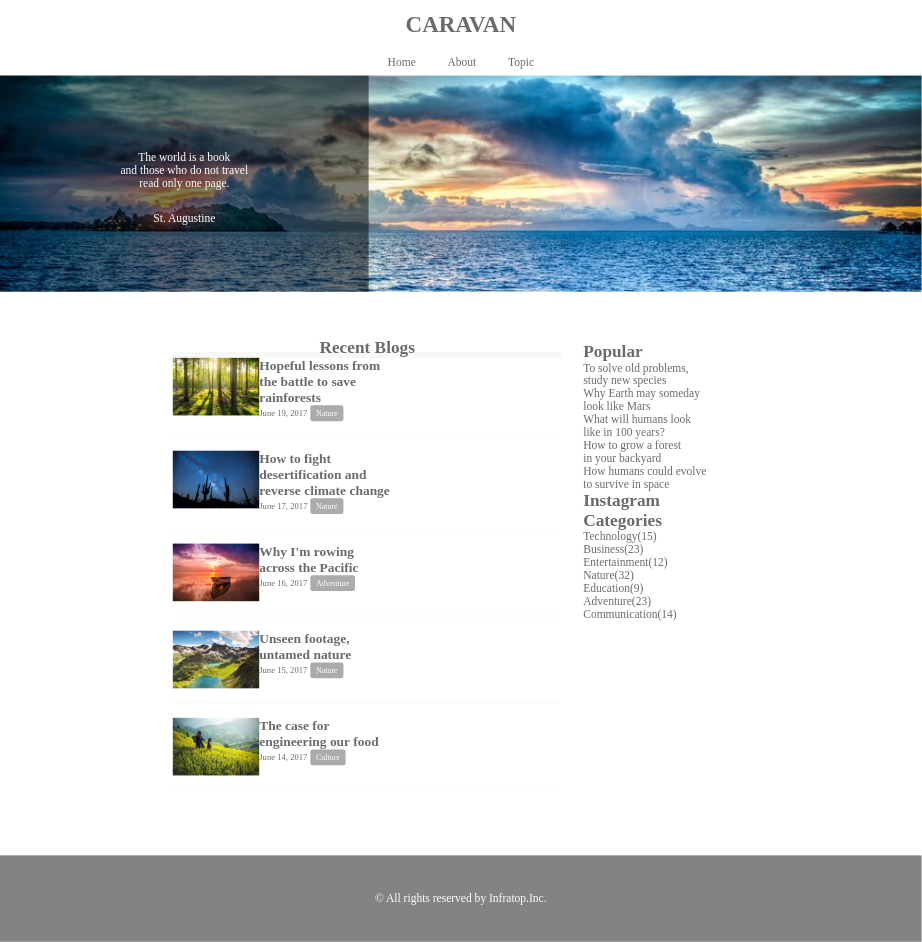
Repository: 825814/caravan2
Page: caravan2/index.html
The author's editor kept a record of every edit. The page is drawn from the files as they stood at one moment, then again after the next edit.
The browser window is 1280 px wide. The pictures show the whole page, at 72% of full size.

Above is the page before.

### caravan2/index.html
<!DOCTYPE html>
<html lang="ja">
  <head>
    <meta charset="UTF-8" />
    <!-- CSSファイルの読み込み -->
    <link rel="stylesheet" href="style.css" />
    <title>CARAVAN</title>
  </head>

  <body>
    <!-- header -->
    <header>
      <h1 class="heading">
        <a href="index.html">
          CARAVAN
        </a>
      </h1>
    </header>

    <!-- navigation -->
    <nav>
      <ul class="nav-list">
        <li class="nav-list-item">
          <a href="index.html">Home</a>
        </li>
        <li class="nav-list-item">About</li>
        <li class="nav-list-item">Topic</li>
      </ul>
    </nav>

    <!-- main-visual用のdiv -->
    <div class="main-visual">
      <div class="main-visual-content">
        <p class="main-visual-text">
          The world is a book<br />
          and those who do not travel<br />
          read only one page.
        </p>
        <p class="main-visual-name">
          St. Augustine
        </p>
      </div>
    </div>

    <!-- main用のdiv -->
    <main>
      <section class="blog">
        <h2 class="blog-heading">Recent Blogs</h2>
        <div class="blog-box">
          <div class="blog-item">
            <img class="blog-image" src="img/forest.jpg" />
            <section class="blog-text">
              <h3 class="blog-text-heading">
                <a href="single.html">
                  Hopeful lessons from<br />
                  the battle to save<br />
                  rainforests
                </a>
              </h3>
              <p class="blog-date">June 19, 2017</p>
              <span class="category">Nature</span>
            </section>
          </div>
          <div class="blog-item">
            <img class="blog-image" src="img/desert.jpg" />
            <section class="blog-text">
              <h3 class="blog-text-heading">
                <a href="single.html">
                  How to fight<br />
                  desertification and<br />
                  reverse climate change
                </a>
              </h3>
              <p class="blog-date">June 17, 2017</p>
              <span class="category">Nature</span>
            </section>
          </div>
          <div class="blog-item">
            <img class="blog-image" src="img/sunset.jpg" />
            <section class="blog-text">
              <h3 class="blog-text-heading">
                <a href="single.html">
                  Why I'm rowing<br />
                  across the Pacific
                </a>
              </h3>
              <p class="blog-date">June 16, 2017</p>
              <span class="category">Adventure</span>
            </section>
          </div>
          <div class="blog-item">
            <img class="blog-image" src="img/italy.jpg" />
            <section class="blog-text">
              <h3 class="blog-text-heading">
                <a href="single.html">
                  Unseen footage,<br />
                  untamed nature
                </a>
              </h3>
              <p class="blog-date">June 15, 2017</p>
              <span class="category">Nature</span>
            </section>
          </div>
          <div class="blog-item">
            <img class="blog-image" src="img/asia.jpg" />
            <section class="blog-text">
              <h3 class="blog-text-heading">
                <a href="single.html">
                  The case for<br />
                  engineering our food
                </a>
              </h3>
              <p class="blog-date">June 14, 2017</p>
              <span class="category">Culture</span>
            </section>
          </div>
        </div>
      </section>

      <div class="sidebar">
        <section class="popular">
          <h2 class="popular-heading common-heading">Popular</h2>
          <div class="sidebar-contents">
            <p class="popular-text">To solve old problems,<br>study new species</p>
            <p class="popular-text">Why Earth may someday<br>look like Mars</p>
            <p class="popular-text">What will humans look<br>like in 100 years?</p>
            <p class="popular-text">How to grow a forest<br>in your backyard</p>
            <p class="popular-text">How humans could evolve<br>to survive in space</p>
          </div>
        </section>
        <section class="instagram">
          <h2 class="instagram-heading common-heading">Instagram</h2>
          <div class="sidebar-contents">
            <div class="instagram-box"></div>
            <div class="instagram-box"></div>
            <div class="instagram-box"></div>
            <div class="instagram-box"></div>
            <div class="instagram-box"></div>
            <div class="instagram-box"></div>
          </div>
        </section>
        <section class="categories">
          <h2 class="categories-heading common-heading">Categories</h2>
          <div class="sidebar-contents">
            <p class="categories-text">Technology(15)</p>
            <p class="categories-text">Business(23)</p>
            <p class="categories-text">Entertainment(12)</p>
            <p class="categories-text">Nature(32)</p>
            <p class="categories-text">Education(9)</p>
            <p class="categories-text">Adventure(23)</p>
            <p class="categories-text">Communication(14)</p>
          </div>
        </section>
      </div>
    </main>

    <!-- footer -->
    <footer>
      <p class="footer-text">© All rights reserved by Infratop.Inc.</p>
    </footer>
  </body>
</html>

### caravan2/style.css
* {
  margin: 0;
  padding: 0;
  box-sizing: border-box;
  color: #6c6b6b;
}

a {
  text-decoration: none;
}

header {
  width: 90%; /* 横幅90% */
  padding: 15px 0;
  margin: 0 auto;
  text-align: center;
}

header .heading {
  /* headerタグ内のheadingクラスにのみ反映される */
  font-size: 32px;
}

.nav-list {
  text-align: center;
  padding: 10px 0;
  margin: 0 auto;
}

.nav-list-item {
  list-style: none;
  display: inline-block;
  margin: 0 20px;
}

.main-visual {
  width: 100%; /* 横幅いっぱい */
  height: 300px; /* 高さ300px */
  background-image: url(img/mv.jpg);
  background-size: cover; /* 縦横比を維持したまま背景領域を埋め尽くす */
  background-position: center; /* 背景画像を中央に配置 */
}

.main-visual-content {
  width: 40%; /* 横幅40% */
  height: 300px; /* 親の高さに揃える */
  background-color: rgba(0, 0, 0, 0.5); /* 背景色を半透明の黒にする */
  text-align: center; /* 文字を中央揃えにする */
  padding-top: 105px; /* 上側の内側余白で垂直方向の位置を調整 */
}

.main-visual-text {
  color: #fff; /* 文字色を白に変更 */
}

.main-visual-name {
  margin-top: 30px; /* 上側の外側の余白 */
  color: #fff; /* 文字色を白に変更 */
}

main {
  width: 800px;
  display: flex;
  justify-content: center;
  margin: 0 auto;
  padding: 70px 0;
}

.blog {
  width: 540px;
  margin-right: 30px;
}

.blog-heading {
  border-bottom: 8px solid #f7f7f7;
  text-align: center;
  line-height: 0.6;
}

.blog-item {
  padding-bottom: 20px;
  margin-bottom: 20px;
  border-bottom: 1px solid #f7f7f7;
  display: flex;
  justify-content: flex-start;
}

.blog-image {
  height: 80px;
}

.blog-text {

}

.blog-date {
  font-size: 12px;
  display: inline-block;
}

.category {
  display: inline-block;
  padding: 5px 8px;
  background-color: #acabab;
  border-radius: 3px;
  color: #fff;
  font-size: 11px;
}



.sidebar {
  width: 230px;
}

footer {
  width: 100%;
  height: 120px;
  text-align: center;
  line-height: 120px;
  background-color: #848282;
}

.footer-text {
  color: #fff;
}

After the next edit:
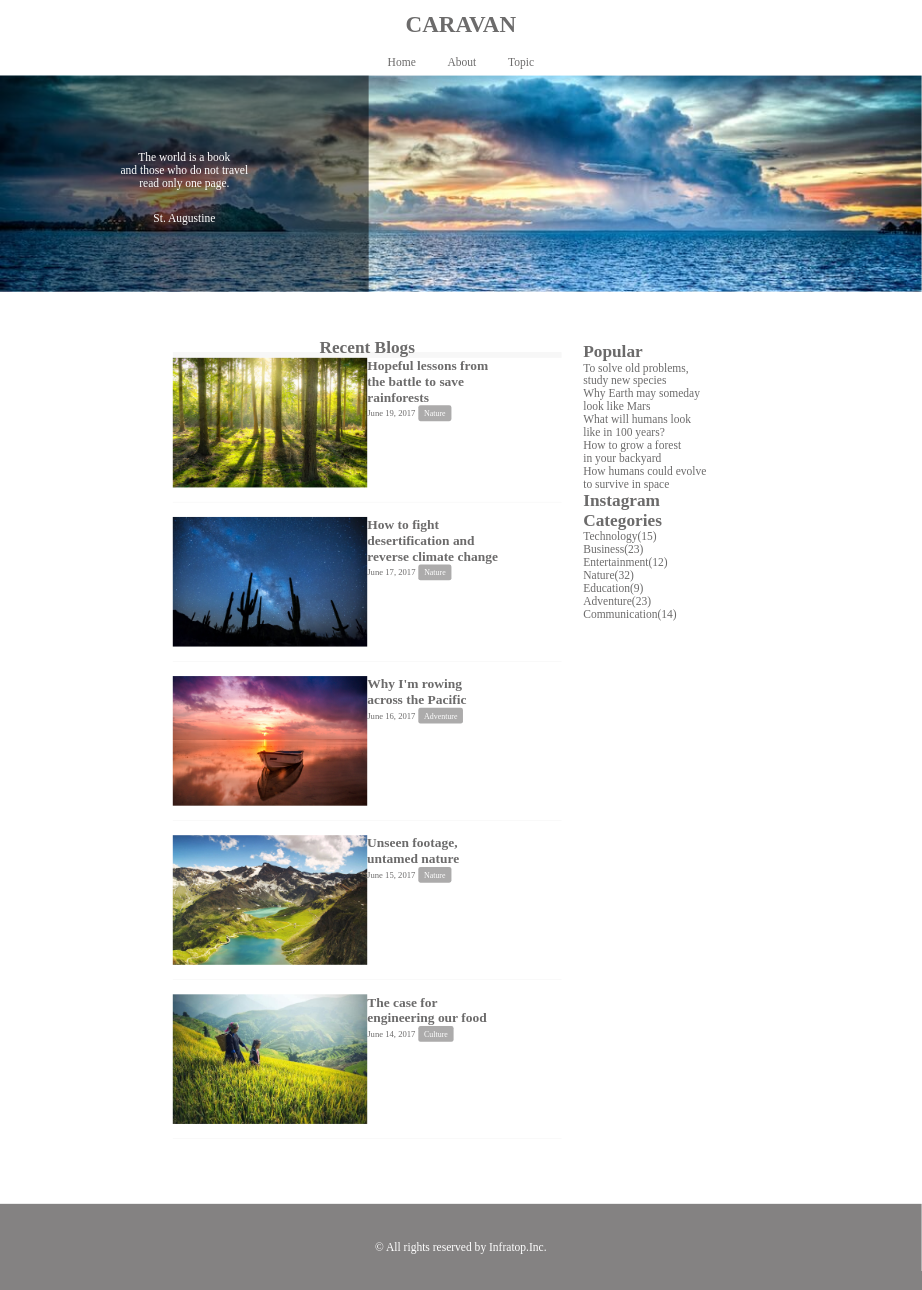
The edit:
--- a/caravan2/style.css
+++ b/caravan2/style.css
@@ -86,7 +86,7 @@
 }
 
 .blog-image {
-  height: 80px;
+  height: 180px;
 }
 
 .blog-text {
